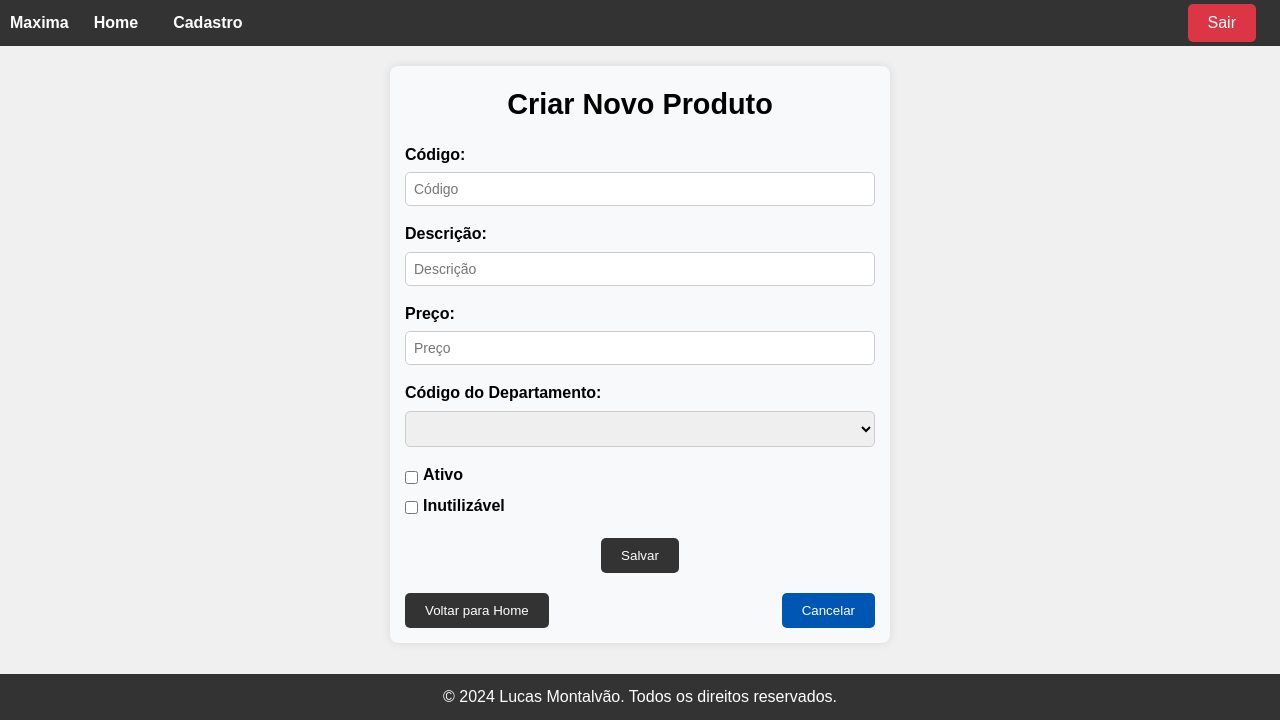
Repository: LucasMontalvao1/ProjetoMaxima
Page: /produto/criar (app in AngularMaxima/)
An editor plug-in stored every save of this project. The page is shown before and after the next save, followed by the edit.
The browser window is 1280 px wide. The pictures show the whole page.
The pointer rests on the first visible `.btn-cancelar`.
The page's requests for data from a server got no answer. The project was rebuilt for these pictures with package versions that can differ from the ones it lists, and the page was loaded fresh each time. No one was signed in, and anything a server would have sent is missing. Also part of the build but not shown: AngularMaxima/angular.json, AngularMaxima/src/app/pages/login/login.component.ts, AngularMaxima/src/app/pages/home/home.component.ts, AngularMaxima/src/app/pages/produto/produto.component.ts, AngularMaxima/src/app/pages/departamento/departamento.component.ts.

Above is the page before, as saved 2024-07-14 22:25:11.

### AngularMaxima/src/index.html
<!doctype html>
<html lang="en">
<head>
  <meta charset="utf-8">
  <title>AngularMaxima</title>
  <base href="/">
  <meta name="viewport" content="width=device-width, initial-scale=1">
  <link rel="icon" type="image/x-icon" href="favicon.ico">
</head>
<body>
  <app-root></app-root>
</body>
</html>

### AngularMaxima/src/styles.css
* {
  margin: 0;
  padding: 0;
  box-sizing: border-box;
}

body {
  font-family: Arial, sans-serif;
  background-color: #f0f0f0;
  font-size: 16px;
  line-height: 1.6;
}

.container {
  display: flex;
  flex-direction: column;
  justify-content: space-between;
  min-height: 100vh;
}

### AngularMaxima/src/app/app.module.ts
import { NgModule } from '@angular/core';
import { BrowserModule } from '@angular/platform-browser';

import { AppRoutingModule } from './app-routing.module';
import { AppComponent } from './app.component';
import { LoginComponent } from './pages/login/login.component';
import { ReactiveFormsModule } from '@angular/forms';
import { HttpClientModule } from '@angular/common/http';
import { AuthService } from './services/auth.service';
import { HomeComponent } from './pages/home/home.component';
import { MenuComponent } from './layout/menu/menu.component';
import { FooterComponent } from './layout/footer/footer.component';
import { ProdutosComponent } from './pages/produto/produto.component';
import { DepartamentoComponent } from './pages/departamento/departamento.component';
import { ProdutosCriarComponent } from '../../src/app/pages/produto/produto-criar/produto-criar.component';

@NgModule({
  declarations: [
    AppComponent,
    LoginComponent,
    HomeComponent,
    MenuComponent,
    FooterComponent,
    ProdutosComponent,
    DepartamentoComponent,
    ProdutosCriarComponent,

  ],
  imports: [
    BrowserModule,
    AppRoutingModule,
    ReactiveFormsModule,
    HttpClientModule
  ],
  providers: [AuthService],
  bootstrap: [AppComponent]
})
export class AppModule { }

### AngularMaxima/src/app/app-routing.module.ts
import { NgModule } from '@angular/core';
import { RouterModule, Routes } from '@angular/router';
import { LoginComponent } from './pages/login/login.component';
import { HomeComponent } from './pages/home/home.component';
import { ProdutosComponent } from './pages/produto/produto.component';
import { DepartamentoComponent } from './pages/departamento/departamento.component';
import { ProdutosCriarComponent } from './pages/produto/produto-criar/produto-criar.component';

const routes: Routes = [
  { path: '', redirectTo: '/login', pathMatch: 'full'},
  { path: 'login', component: LoginComponent},
  { path: 'home', component: HomeComponent},
  { path: 'produto', component: ProdutosComponent},
  { path: 'produto/criar', component: ProdutosCriarComponent},
  { path: 'departamento', component: DepartamentoComponent},
];

@NgModule({
  imports: [RouterModule.forRoot(routes)],
  exports: [RouterModule]
})
export class AppRoutingModule { }

### AngularMaxima/src/app/app.component.ts
import { Component } from '@angular/core';

@Component({
  selector: 'app-root',
  templateUrl: './app.component.html',
  styleUrls: ['./app.component.css']
})
export class AppComponent {
  title = 'AngularMaxima';
}

### AngularMaxima/src/app/services/auth.service.ts
import { Injectable } from '@angular/core';
import { HttpClient } from '@angular/common/http';
import { Observable } from 'rxjs';
import { environment } from '../../../src/environments/environment';
import { Router } from '@angular/router';

@Injectable({
  providedIn: 'root'
})
export class AuthService {

  private apiUrl = environment.apiUrl;

  constructor(private http: HttpClient, private router: Router) { }

  login(username: string, password: string): Observable<any> {
    const body = { username, password };
    return this.http.post<any>(`${this.apiUrl}/login`, body, { responseType: 'text' as 'json' });
  }

    logout() {
    this.router.navigate(['/login']);
    }
}

### AngularMaxima/src/app/layout/menu/menu.component.ts
import { Component } from '@angular/core';
import { AuthService } from '../../services/auth.service';

@Component({
  selector: 'app-menu',
  templateUrl: './menu.component.html',
  styleUrls: ['./menu.component.css']
})
export class MenuComponent {

  constructor(private authService: AuthService) {}

  logout() {
    this.authService.logout();
  }
}

### AngularMaxima/src/app/pages/produto/produto-criar/produto-criar.component.ts
import { Component, OnInit } from '@angular/core';
import { FormBuilder, FormGroup, Validators } from '@angular/forms';
import { Router } from '@angular/router';
import { ProdutoService } from '../../../services/produto.service';
import { DepartamentoService } from 'src/app/services/departamento.service';
import { Departamento } from 'src/app/models/departamento.model';

@Component({
  selector: 'app-produtos-criar',
  templateUrl: './produto-criar.component.html',
  styleUrls: ['./produto-criar.component.css']
})
export class ProdutosCriarComponent implements OnInit {

  produtoForm!: FormGroup;
  departamentosAtivos: Departamento[] = [];

  constructor(
    private formBuilder: FormBuilder,
    private router: Router,
    private produtoService: ProdutoService,
    private departamentoService: DepartamentoService
  ) {}

  ngOnInit(): void {
    this.produtoForm = this.formBuilder.group({
      codigo: ['', Validators.required],
      descricao: ['', Validators.required],
      preco: ['', Validators.required],
      departamentoCodigo: ['', Validators.required],
      status: [false],
      inutilizavel: [false]
    });

    this.carregarDepartamentos();
  }

  carregarDepartamentos() {
    this.departamentoService.getAllDepartamentos().subscribe(
      (data: Departamento[]) => {
        this.departamentosAtivos = data;
      },
      (error) => {
        console.error('Erro ao carregar departamentos:', error);
      }
    );
  }

  onSubmit() {
    if (this.produtoForm.valid) {
      const statusValue = this.produtoForm.get('status')?.value ? 1 : 0;
      const inutilizavelValue = this.produtoForm.get('inutilizavel')?.value ? 1 : 0;

      const { codigo, descricao, preco, departamentoCodigo } = this.produtoForm.value;

      this.produtoService.createProduto(
        codigo,
        descricao,
        preco,
        departamentoCodigo,
        statusValue,
        inutilizavelValue
      ).subscribe(
        (response) => {
          console.log('Produto criado com sucesso:', response);
          this.router.navigate(['/produtos']);
        },
        (error) => {
          console.error('Erro ao criar produto:', error);
        }
      );
    } else {
      console.error('Formulário inválido. Verifique os campos.');
    }
  }

  voltarParaHome() {
    this.router.navigate(['/home']);
  }

  voltarParaProdutos() {
    this.router.navigate(['/produtos']);
  }
}

### AngularMaxima/src/environments/environment.ts
export const environment = {
  production: false,
  apiUrl: 'https://localhost:7041'
};

### AngularMaxima/src/app/layout/menu/menu.component.html
<div class="menu-container">
  <nav class="menu">
    <ul>
      <li>Maxima</li>
      <li><a routerLink="/home">Home</a></li>
      <li class="cadastro">
        <a>Cadastro</a>
        <div class="submenu">
          <a routerLink="/produto">Produtos</a>
          <a routerLink="/departamento">Departamentos</a>
        </div>
      </li>
    </ul>
  </nav>

  <div class="user-actions">
    <button class="logout-button" (click)="logout()">Sair</button>
  </div>
</div>

### AngularMaxima/src/app/layout/menu/menu.component.css
.menu {
  background-color: #333;
  color: white;
  padding: 10px;
  display: flex;
  justify-content: space-between;
  align-items: center;
  width: 100%;
}

.menu ul {
  list-style-type: none;
  display: flex;
}

.menu ul li {
  margin-right: 15px;
  position: relative;
  font-weight: bold;
}

.menu ul li a {
  color: white;
  text-decoration: none;
  font-weight: bold;
  padding: 10px;
  position: relative;
}

.menu ul li a:hover {
  text-decoration: underline;
}

.submenu {
  display: none;
  position: absolute;
  background-color: #333;
  padding: 10px;
  top: 100%;
  left: 0;
  z-index: 1;
  width: 200px;
}

.menu ul li.cadastro:hover .submenu {
  display: block;
}

.submenu a {
  display: block;
  color: white;
  text-decoration: none;
  padding: 8px 12px;
}

.submenu a:hover {
  background-color: #555;
}

.user-actions {
  margin-left: auto;
}

.logout-button {
  background-color: #dc3545;
  color: white;
  border: none;
  padding: 10px 20px;
  border-radius: 5px;
  cursor: pointer;
  font-size: 1rem;
  margin: 4px;
}

.logout-button:hover {
  background-color: #c82333;
}

.header {
  position: fixed;
  top: 0;
  left: 0;
  width: 100%;
  background-color: #333;
  color: white;
  padding: 10px 20px;
  display: flex;
  justify-content: space-between;
  align-items: center;
}

.menu-container {
  display: flex;
  align-items: center;
}

.user-actions {
  position: absolute;
  top: 0;
  right: 20px;
}

### AngularMaxima/src/app/layout/footer/footer.component.html
<footer class="footer">
  <p>&copy; 2024 Lucas Montalvão. Todos os direitos reservados.</p>
</footer>

### AngularMaxima/src/app/layout/footer/footer.component.css
.footer {
  background-color: #333;
  color: white;
  text-align: center;
  position: fixed;
  bottom: 0;
  width: 100%;
  padding: 10px 0;
}

### AngularMaxima/src/app/services/produto.service.ts
import { Injectable } from '@angular/core';
import { HttpClient } from '@angular/common/http';
import { Observable } from 'rxjs';
import { environment } from '../../../src/environments/environment';
import { Produto } from '../models/produto.model';

@Injectable({
  providedIn: 'root'
})
export class ProdutoService {

  private apiUrl = environment.apiUrl + '/produto';

  constructor(private http: HttpClient) { }

  getAllProdutos(): Observable<Produto[]> {
    return this.http.get<Produto[]>(this.apiUrl);
  }

  getProdutoById(id: number): Observable<Produto> {
    const url = `${this.apiUrl}/${id}`;
    return this.http.get<Produto>(url);
  }

  createProduto(codigo: string, descricao: string, preco: number, departamentoCodigo: string, status: number, inutilizavel: number): Observable<Produto> {
    const produto = {
      id: 0,
      codigo,
      descricao,
      departamentoCodigo,
      preco,
      status,
      inutilizavel
    };

    return this.http.post<Produto>(this.apiUrl, produto);
  }

  updateProduto(id: number, produto: Produto): Observable<Produto> {
    const url = `${this.apiUrl}/${id}`;
    return this.http.put<Produto>(url, produto);
  }

  deleteProduto(id: number): Observable<any> {
    const url = `${this.apiUrl}/${id}`;
    return this.http.delete<any>(url);
  }
}

### AngularMaxima/src/app/services/departamento.service.ts
import { Injectable } from '@angular/core';
import { HttpClient } from '@angular/common/http';
import { Observable } from 'rxjs';
import { environment } from '../../environments/environment';
import { Departamento } from '../models/departamento.model';

@Injectable({
  providedIn: 'root'
})
export class DepartamentoService {

  private apiUrl = environment.apiUrl + '/departamento';

  constructor(private http: HttpClient) { }

  getAllDepartamentos(): Observable<Departamento[]> {
    return this.http.get<Departamento[]>(this.apiUrl);
  }

  getDepartamentoByCodigo(codigo: string): Observable<Departamento> {
    return this.http.get<Departamento>(`${this.apiUrl}/codigo/${codigo}`);
  }

  createDepartamento(departamento: Departamento): Observable<Departamento> {
    return this.http.post<Departamento>(this.apiUrl, departamento);
  }

  updateDepartamento(id: number, departamento: Departamento): Observable<Departamento> {
    return this.http.put<Departamento>(`${this.apiUrl}/${id}`, departamento);
  }

  deleteDepartamento(id: number): Observable<any> {
    return this.http.delete<any>(`${this.apiUrl}/${id}`);
  }
}

### AngularMaxima/src/app/pages/produto/produto-criar/produto-criar.component.html
<app-menu></app-menu>

<div class="container">
  <div class="form-container">
    <h2 class="titulo">Criar Novo Produto</h2>
    <form *ngIf="produtoForm" [formGroup]="produtoForm" (ngSubmit)="onSubmit()">
      <div class="form-group">
        <label for="codigo">Código:</label>
        <input type="text" class="form-control" id="codigo" formControlName="codigo" placeholder="Código">
        <div *ngIf="produtoForm.get('codigo')?.invalid && produtoForm.get('codigo')?.touched" class="invalid-feedback">
          Código é obrigatório.
        </div>
      </div>
      <div class="form-group">
        <label for="descricao">Descrição:</label>
        <input type="text" class="form-control" id="descricao" formControlName="descricao" placeholder="Descrição">
        <div *ngIf="produtoForm.get('descricao')?.invalid && produtoForm.get('descricao')?.touched" class="invalid-feedback">
          Descrição é obrigatória.
        </div>
      </div>
      <div class="form-group">
        <label for="preco">Preço:</label>
        <input type="number" class="form-control" id="preco" formControlName="preco" placeholder="Preço">
        <div *ngIf="produtoForm.get('preco')?.invalid && produtoForm.get('preco')?.touched" class="invalid-feedback">
          Preço é obrigatório.
        </div>
      </div>
      <div class="form-group">
        <label for="departamentoCodigo">Código do Departamento:</label>
        <select class="form-control" id="departamentoCodigo" formControlName="departamentoCodigo">
          <option *ngFor="let departamento of departamentosAtivos" [value]="departamento.codigo">{{ departamento.descricao }}</option>
        </select>
        <div *ngIf="produtoForm.get('departamentoCodigo')?.invalid && produtoForm.get('departamentoCodigo')?.touched" class="invalid-feedback">
          Código do Departamento é obrigatório.
        </div>
      </div>
      <div class="form-group">
        <div class="form-check-inline">
          <input type="checkbox" class="form-check-input" id="status" formControlName="status">
          <label class="form-check-label" for="status">Ativo</label>
        </div>
        <div class="form-check-inline">
          <input type="checkbox" class="form-check-input" id="inutilizavel" formControlName="inutilizavel">
          <label class="form-check-label" for="inutilizavel">Inutilizável</label>
        </div>
      </div>
      <button type="submit" class="btn btn-primary mt-3">Salvar</button>
    </form>
    <div class="button-group mt-3">
      <button class="btn btn-secondary" routerLink="/home">Voltar para Home</button>
      <button class="btn btn-cancelar" routerLink="/produto">Cancelar</button>
    </div>
  </div>
</div>

<app-footer></app-footer>

### AngularMaxima/src/app/pages/produto/produto-criar/produto-criar.component.css
.container {
  display: flex;
  justify-content: center;
  align-items: center;
  min-height: calc(100vh - 140px);
  padding-top: 20px;
  padding-bottom: 20px;
}

.form-container {
  max-width: 500px;
  width: 100%;
  padding: 15px;
  background-color: #f8f9fa;
  border-radius: 8px;
  box-shadow: 0 0 10px rgba(0, 0, 0, 0.1);
  text-align: center;
}

.titulo {
  font-size: 1.8rem;
  margin-bottom: 15px;
}

.form-group {
  margin-bottom: 15px;
  text-align: left;
}

.form-group label {
  display: block;
  margin-bottom: 5px;
  font-weight: bold;
}

.form-group .form-control {
  width: 100%;
  padding: 8px;
  font-size: 14px;
  border: 1px solid #ccc;
  border-radius: 5px;
}

.form-check {
  display: flex;
  align-items: center;
  margin-bottom: 10px;
}

.form-check-inline {
  display: flex;
  align-items: center;
  margin-right: 20px;
}

.form-check-label {
  margin-left: 5px;
}

.invalid-feedback {
  color: #dc3545;
  font-size: 14px;
  margin-top: 5px;
}

.btn-primary {
  background-color: #333;
  color: white;
  border: none;
  padding: 10px 20px; /* Ajustar o padding do botão */
  border-radius: 5px;
  cursor: pointer;
}

.btn-primary:hover {
  background-color: #0056b3;
}

.btn-secondary {
  background-color: #333;
  color: white;
  border: none;
  padding: 10px 20px;
  border-radius: 5px;
  cursor: pointer;
}

.btn-secondary:hover {
  background-color: #0056b3;
}

.button-group {
  display: flex;
  justify-content: space-between;
  margin-top: 20px;
}

.btn-cancelar {
  background-color: #333;
  color: white;
  border: none;
  padding: 10px 20px;
  border-radius: 5px;
  cursor: pointer;
}

.btn-cancelar:hover {
  background-color: #0056b3;
}

Loaded but not shown: AngularMaxima/src/main.ts (common file); AngularMaxima/src/app/layout/footer/footer.component.ts (common file); AngularMaxima/src/app/app.component.html (common file); AngularMaxima/src/app/app.component.css (no stored copy; drawn as an empty file)

After the next save:
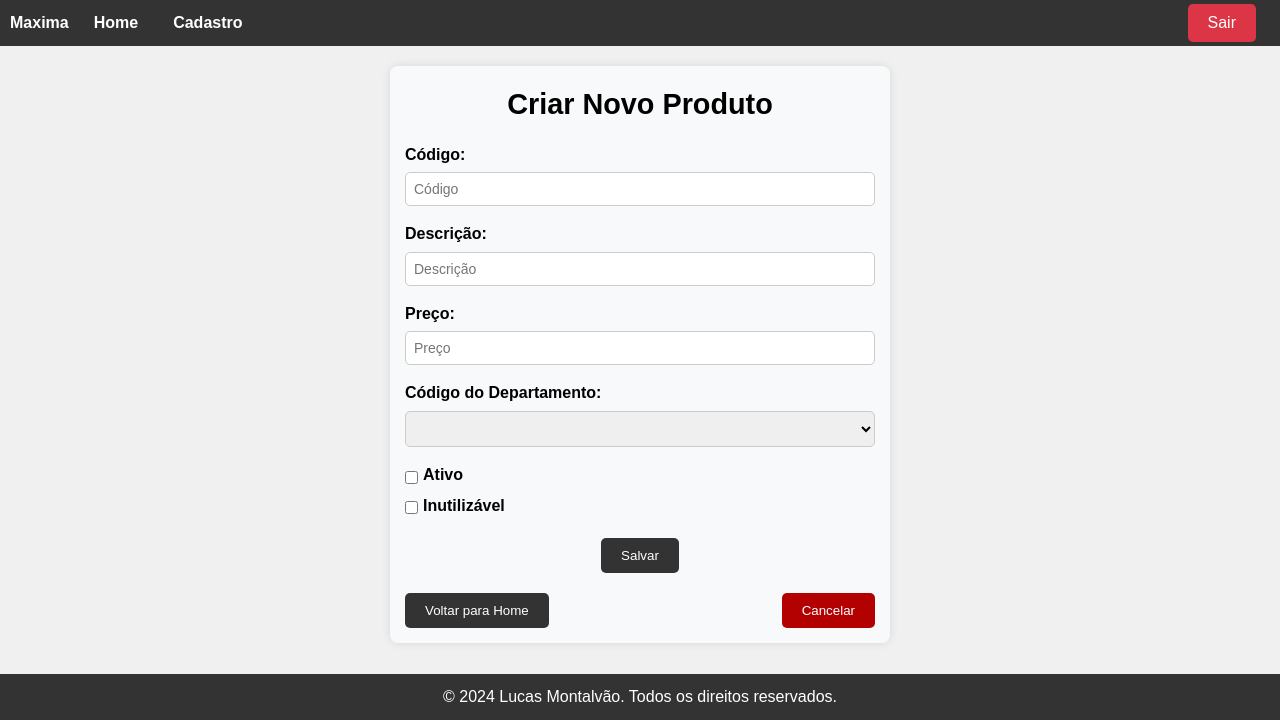
Saved 5 s later.
--- a/AngularMaxima/src/app/pages/produto/produto-criar/produto-criar.component.css
+++ b/AngularMaxima/src/app/pages/produto/produto-criar/produto-criar.component.css
@@ -105,5 +105,5 @@
 }
 
 .btn-cancelar:hover {
-  background-color: #0056b3;
+  background-color: #b30000;
 }
